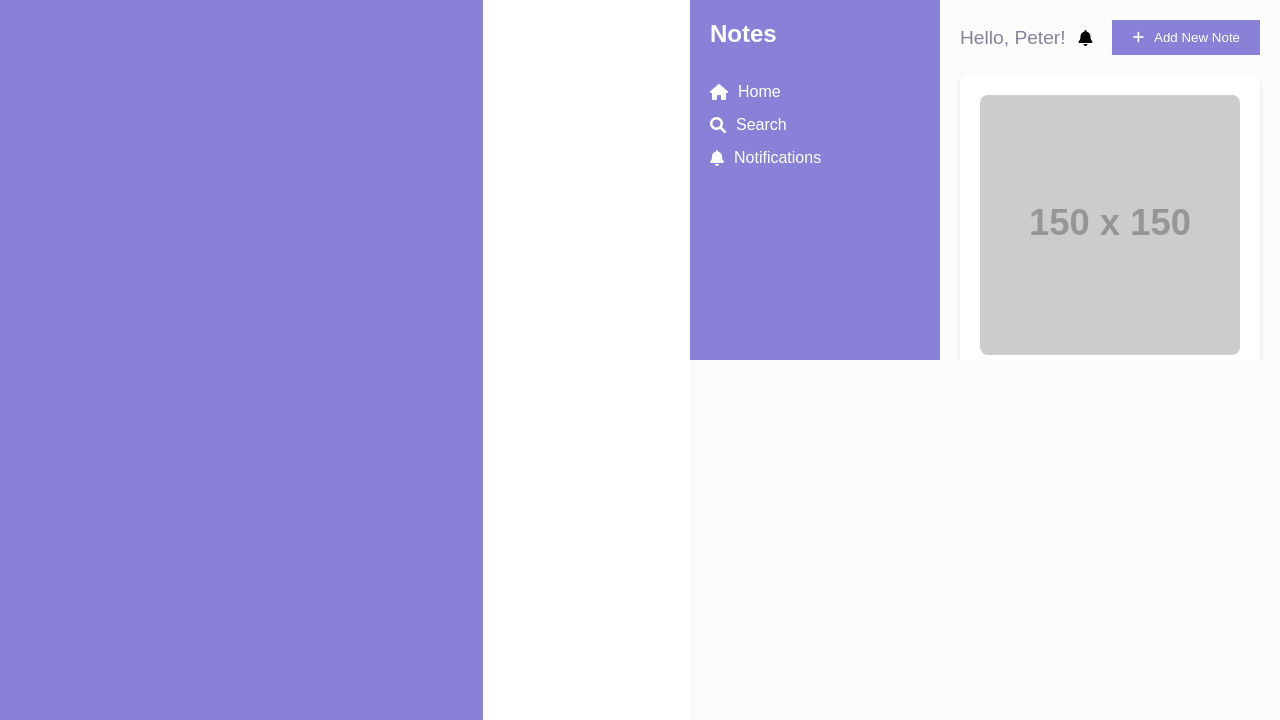
Repository: SatenikGabrielyan/HTML_CSS-_Assignment
Page: index.html
The author's editor kept a copy of each file at every save. The page is drawn from the files as they stood at one save, then again after the next save.
The browser window is 1280 px wide. The pictures show the whole page.

Above is the page before, as saved 2025-03-16 23:54:12.

After the next save:
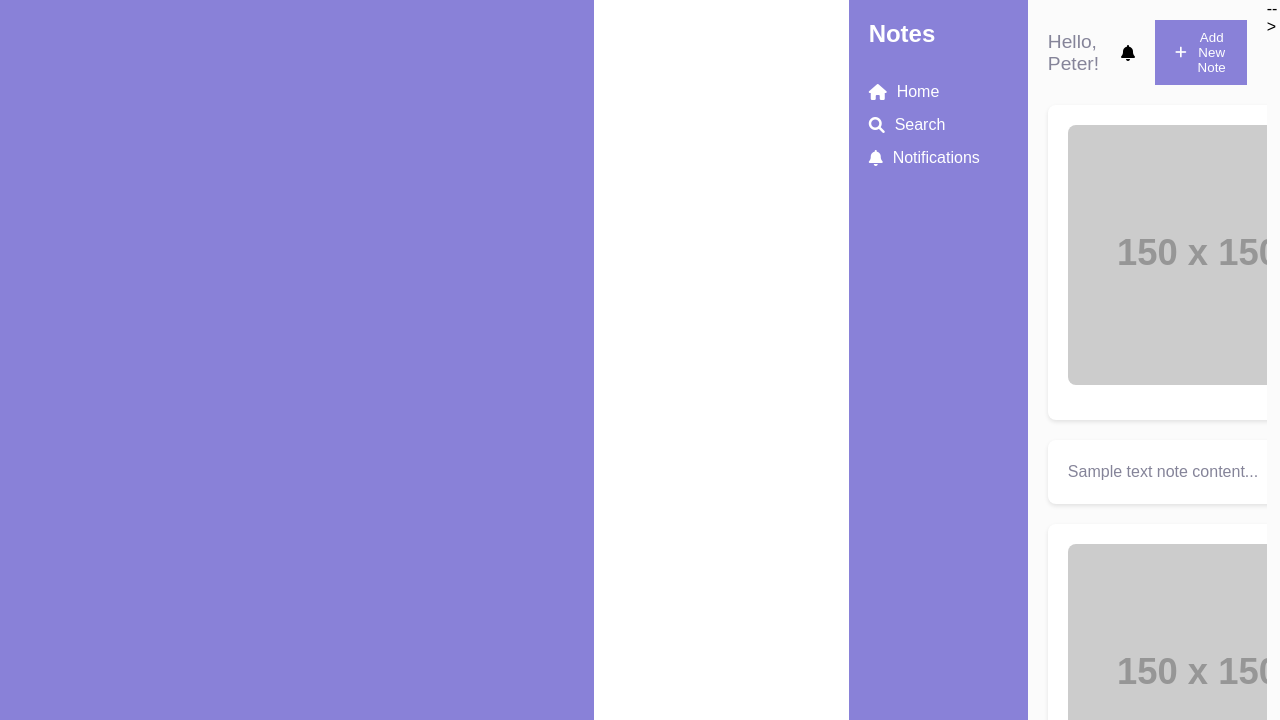
Saved 3 min 31 s later.
--- a/index.html
+++ b/index.html
@@ -13,7 +13,7 @@
           <div class="purp"></div>
           <div class="whit"></div>
       </div>
-    <div class="container">
+    <!-- <div class="container">
       <!-- Sidebar -->
       <nav class="sidebar">
         <div class="sidebar-header">
@@ -55,6 +55,6 @@
           <!-- Additional notes can be added similarly -->
         </section>
       </main>
-    </div>
+    </div> -->
   </body>
 </html>

After the save that followed:
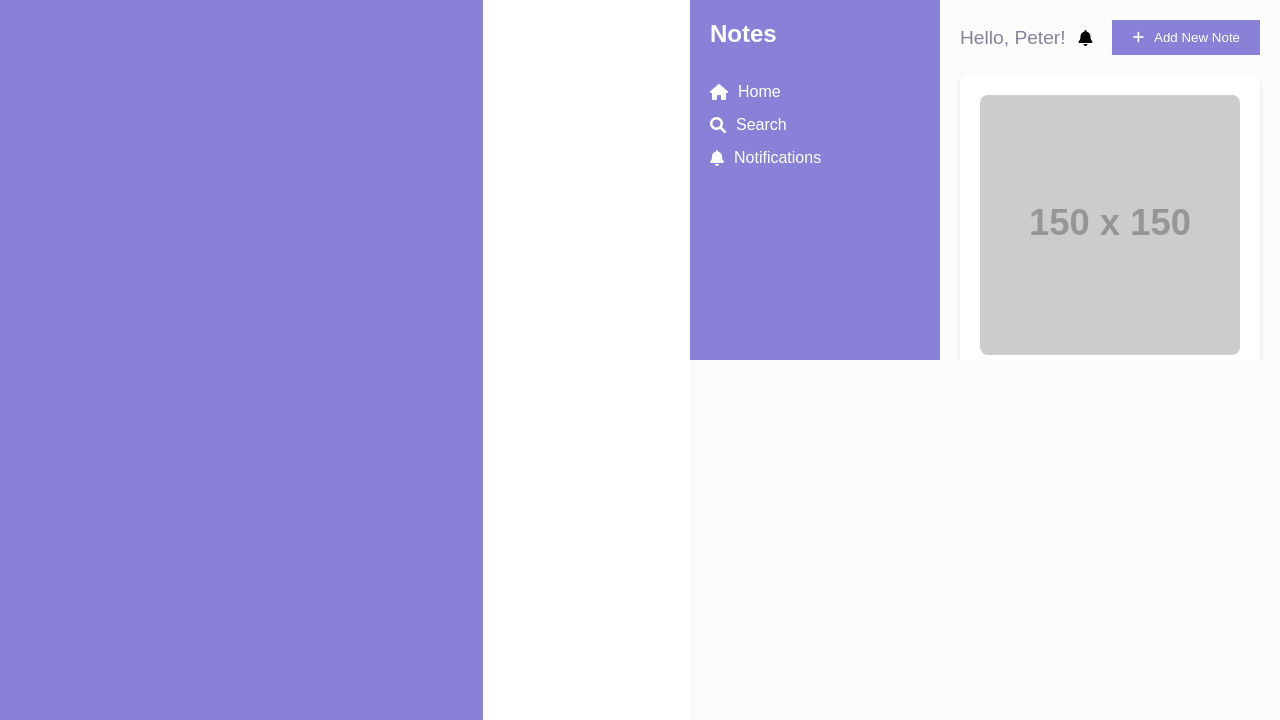
Saved 5 s later.
--- a/index.html
+++ b/index.html
@@ -13,7 +13,7 @@
           <div class="purp"></div>
           <div class="whit"></div>
       </div>
-    <!-- <div class="container">
+    <div class="container">
       <!-- Sidebar -->
       <nav class="sidebar">
         <div class="sidebar-header">
@@ -55,6 +55,6 @@
           <!-- Additional notes can be added similarly -->
         </section>
       </main>
-    </div> -->
+    </div>
   </body>
 </html>
